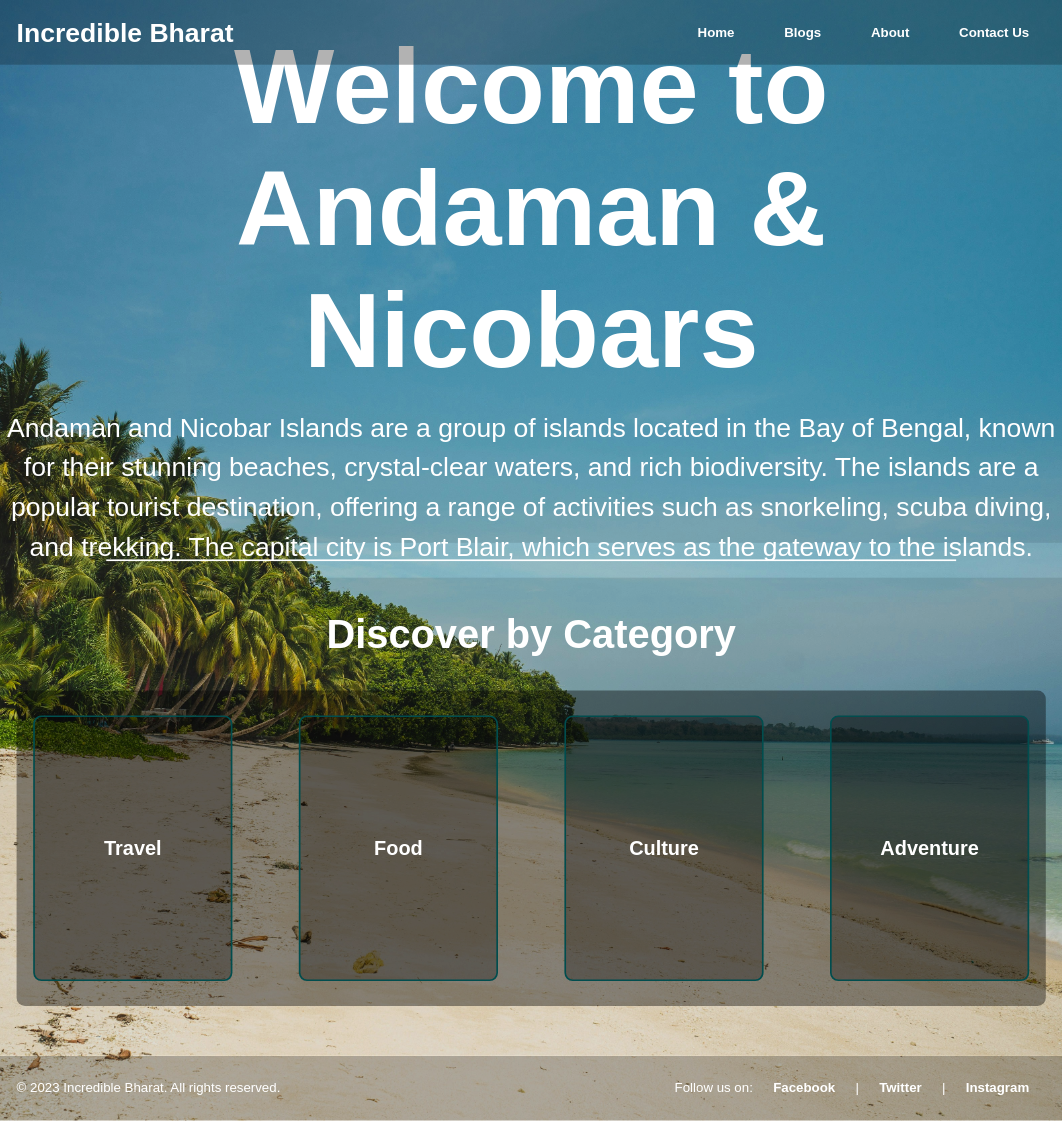
Repository: jaidhiman111/incrediblebharat
Page: destinations/Andaman&Nicobar.html
The author's editor kept a copy of each file at every save. The page is drawn from the files as they stood at one save, then again after a run of saves.
The browser window is 1280 px wide. The pictures show the whole page, at 83% of full size.

Above is the page before, as saved 2025-04-30 23:39:42.

### destinations/Andaman&Nicobar.html
<!DOCTYPE html>
<html lang="en">

<head>
    <meta charset="UTF-8">
    <link rel="stylesheet" href="/assets/style.css">
    <meta name="viewport" content="width=device-width, initial-scale=1.0">
    <title>Document</title>
</head>

<body class="andaman-nicobar">
    <!-- This is the header of the page. -->
    <header class="header">
        <div class="logo">
            <h1>Incredible Bharat</h1>
        </div>
        <div class="nav">
            <nav>
                <ul>
                    <li>
                        <a href="/index.html">Home</a>
                        <a href="#">Blogs</a>
                        <a href="#">About</a>
                        <a href="#">Contact Us</a>
                    </li>
                </ul>
            </nav>
        </div>
    </header>
    <!-- This is the main content of the page. -->
    <main class="main-container">
        <section class="hero-section">
            <h2>Welcome to Andaman & Nicobars</h2>
            <p>Andaman and Nicobar Islands are a group of islands located in the Bay of Bengal, known for their stunning
                beaches, crystal-clear waters, and rich biodiversity. The islands are a popular tourist destination,
                offering a range of activities such as snorkeling, scuba diving, and trekking. The capital city is Port
                Blair, which serves as the gateway to the islands.</p>
        </section>
        <hr>
        <section class="state-section">
            <h2>Discover by Category</h2>
            <div class="card-section">
                <div class="card" id="travel">Travel</div>
                <div class="card" id="food">Food</div>
                <div class="card" id="culture">Culture</div>
                <div class="card" id="adventure">Adventure</div>
            </div>
        </section>
    </main>
    <!-- This is the footer of the page. -->
    <footer class="footer">
        <div>
            <p>&copy; 2023 Incredible Bharat. All rights reserved.</p>
        </div>
        <div>
            <p>Follow us on:
                <a href="#">Facebook</a> |
                <a href="#">Twitter</a> |
                <a href="#">Instagram</a>
        </div>
    </footer>
</body>

</html>

### assets/style.css
* {
    box-sizing: border-box;
    margin: 0;
    padding: 0;
}

.home {
    font-family: Arial, sans-serif;
    background-image: url('/media/bg-cover.jpg');
    background-size: cover;
    background-repeat: no-repeat;
    background-position: center;
    color: #fff;
}

.andaman-nicobar {
    font-family: Arial, sans-serif;
    background-image: url('/media/andaman.jpg');
    background-size: cover;
    background-repeat: no-repeat;
    background-position: center;
    color: #fff;
}


/* This is for header */
.header {
    background-color: rgba(0, 0, 0, 0.3);
    display: flex;
    justify-content: space-between;
    align-items: center;
    padding: 20px;
    position: sticky;
    top: 0;
    text-align: center;
}

li {
    list-style: none;
    display: flex;
    gap: 20px;
}

li a {
    padding: 10px 20px;
    border-radius: 5px;
    text-decoration: none;
    color: #fff;
    font-weight: bold;
}

li a:hover {
    color: #fff;
    transform: scale(1.1);}

/* This is for section */
section{
    background-color: rgba(0, 0, 0, 0.1);
}

.hero-section {
    display: flex;
    flex-direction: column;    /* stack items vertically */
    justify-content: center;   /* center vertically */
    align-items: center;       /* center horizontally */
    height: 80vh;
    text-align: center;
}

.hero-section h2 {
    font-size: 8rem;
    margin-bottom: 20px;
}

.hero-section p{
    font-size: 2rem;
    margin-bottom: 20px;
    max-width: 100rem;         /* limit the width of the paragraph */
    line-height: 1.5;        /* improve readability */
}

.hero-section a {
    text-decoration: none;
    color: #fff;
    font-size: 1.5rem;
    margin-bottom: 20px;
}

.hero-section a:hover {
    color: #fff;
    text-decoration: underline;
    transform: scale(1.1);
    transition: transform 0.3s ease-in-out;
}

hr {
    width: 80%;
    margin: 20px auto;
    border: 1px solid #fff;
}

.state-section {
    display: flex;
    flex-direction: column;    /* stack items vertically */
    justify-content: center;
    align-items: center;
    height: 80vh;
    text-align: center;
}

.state-section h2 {
    font-size: 3rem;
    margin-bottom: 20px;
}

.state-button {
    padding: 30px;
    max-width: 100rem;
    margin: 0 auto;
  }

  .state-button button {
    background-color: rgba(0, 0, 0, 0.4);  /* Soft blue */
    border: none;
    border-radius: 8px;
    margin: 10px ;
    padding: 12px 20px;
    cursor: pointer;
    transition: background-color 0.3s ease;
    font-size: 16px;
    font-weight: 500;
  }

  .state-button button a {
    color: #ffffff;
    text-decoration: none;
    display: block;
    width: 100%;
    height: 100%;
  }

  .state-button button:hover {
    background-color: rgba(0, 0, 0, 0.7); /* Darker blue on hover */
    transform: scale(1.1); /* Slightly enlarge the button on hover */
    transition: transform 0.3s ease-in-out;
  }

  .card-section {
    display: flex;
    flex-wrap: wrap; /* Makes it responsive */
    justify-content: center;
    gap: 5rem;
    background-color: rgba(0, 0, 0, 0.4);
    padding: 30px 20px;
    margin: 20px auto;
    max-width: 100%;
    border-radius: 10px;
}

.card {
    background-color: rgba(0, 0, 0, 0.3);
    color: #fff;
    border: 2px solid #014d4e;
    border-radius: 10px;
    width: 15rem;
    height: 20rem;
    display: flex;
    align-items: center;
    justify-content: center;
    font-size: 1.5rem;
    font-weight: bold;
    cursor: pointer;
    transition: transform 0.3s ease, background-color 0.3s ease;
}

.card:hover {
    background-color: #019494;
    color: #ffffff;
    transform: scale(1.05);
}


  /* This is for footer */

.footer {
    background-color: rgba(0, 0, 0, 0.3);
    display: flex;
    justify-content: space-between;
    align-items: center;
    padding: 20px;
    position: relative;
    bottom: 0;
    text-align: center;
}

.footer li {
    list-style: none;
    display: flex;
    gap: 20px;
}

.footer a {
    display: inline-block;
    padding: 10px 20px;
    border-radius: 5px;
    text-decoration: none;
    color: #fff;
    font-weight: bold;
}
.footer a:hover {
    color: #fff;
    transform: scale(1.1);

}

/* This is for media queries */
/* --- Andaman & Nicobar Page Enhancements --- */

After the next 2 saves:
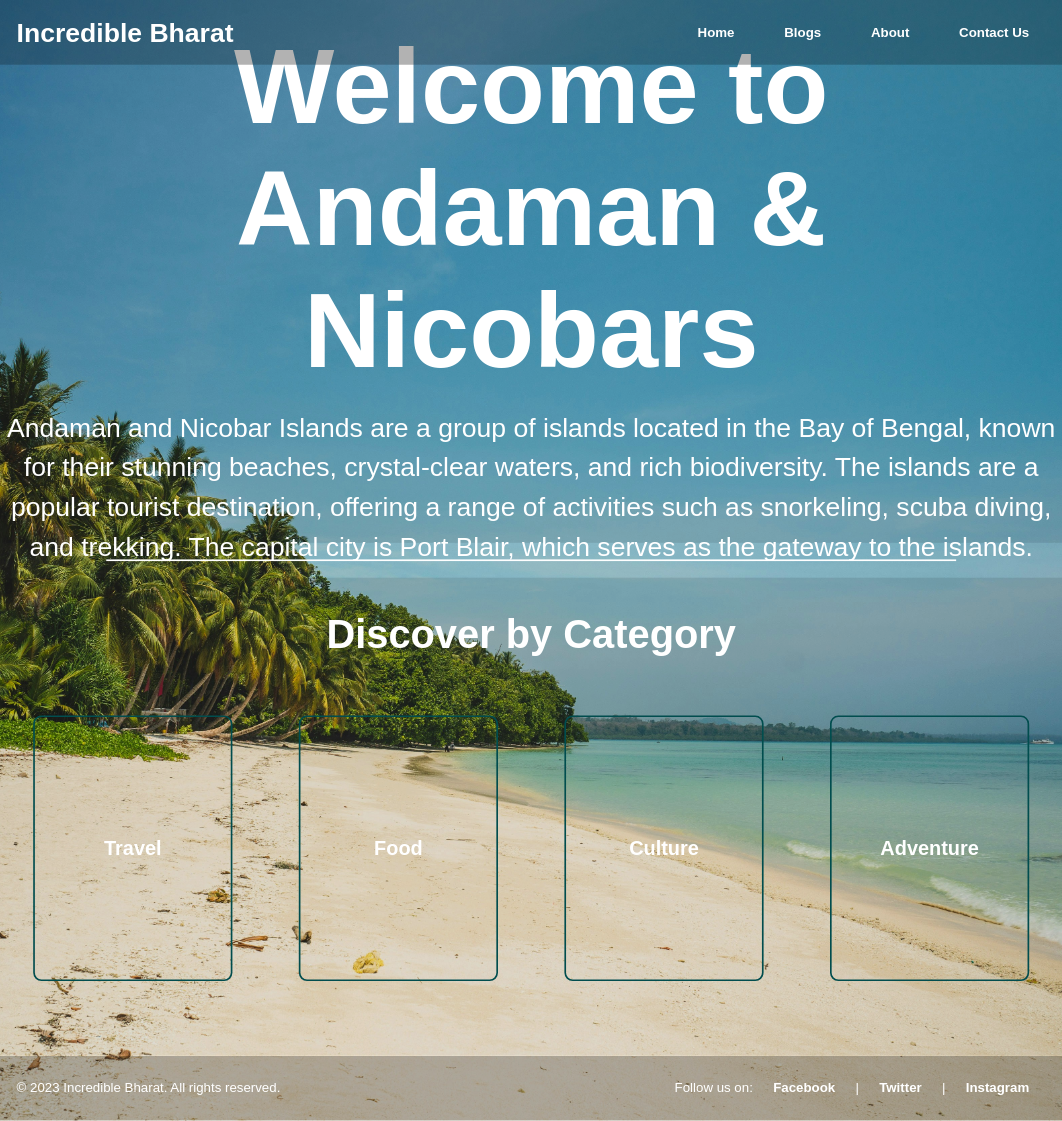
The 2 saves are shown as one change because they came seconds apart.
The last was saved 38 s later.
--- a/assets/style.css
+++ b/assets/style.css
@@ -150,7 +150,7 @@ hr {
     flex-wrap: wrap; /* Makes it responsive */
     justify-content: center;
     gap: 5rem;
-    background-color: rgba(0, 0, 0, 0.4);
+    /* background-color: rgba(0, 0, 0, 0.4); */
     padding: 30px 20px;
     margin: 20px auto;
     max-width: 100%;
@@ -158,7 +158,7 @@ hr {
 }
 
 .card {
-    background-color: rgba(0, 0, 0, 0.3);
+    /* background-color: rgba(0, 0, 0, 0.3); */
     color: #fff;
     border: 2px solid #014d4e;
     border-radius: 10px;
